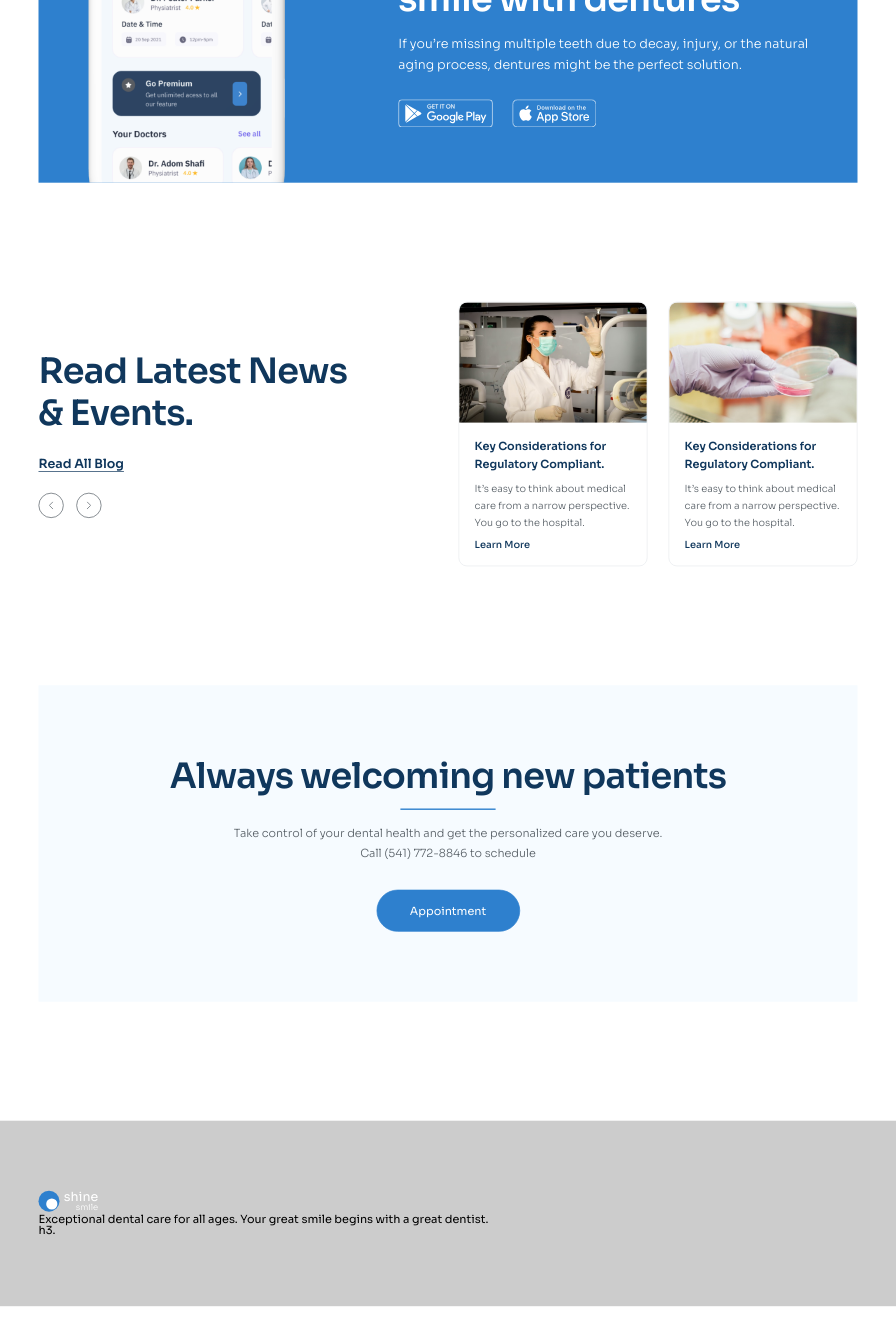
Repository: han2003dz/f8-project-03
Page: index.html
The author's editor kept a copy of each file at every save. The page is drawn from the files as they stood at one save, then again after a run of saves.
The browser window is 1280 px wide. The pictures show the part of the page from y = 4580 to 6500 px (the page is 8000 px tall), at 70% of full size.

Above is the page before, as saved 2023-05-09 00:07:50.

### index.html
<!DOCTYPE html>
<html lang="en">

<head>
    <meta charset="UTF-8">
    <meta http-equiv="X-UA-Compatible" content="IE=edge">
    <meta name="viewport" content="width=device-width, initial-scale=1.0">
    <title>Shine Smile</title>
    <!-- favicon -->
    <link rel="apple-touch-icon" sizes="57x57" href="./assets/favicon/apple-icon-57x57.png">
    <link rel="apple-touch-icon" sizes="60x60" href="./assets/favicon/apple-icon-60x60.png">
    <link rel="apple-touch-icon" sizes="72x72" href="./assets/favicon/apple-icon-72x72.png">
    <link rel="apple-touch-icon" sizes="76x76" href="./assets/favicon/apple-icon-76x76.png">
    <link rel="apple-touch-icon" sizes="114x114" href="./assets/favicon/apple-icon-114x114.png">
    <link rel="apple-touch-icon" sizes="120x120" href="./assets/favicon/apple-icon-120x120.png">
    <link rel="apple-touch-icon" sizes="144x144" href="./assets/favicon/apple-icon-144x144.png">
    <link rel="apple-touch-icon" sizes="152x152" href="./assets/favicon/apple-icon-152x152.png">
    <link rel="apple-touch-icon" sizes="180x180" href="./assets/favicon/apple-icon-180x180.png">
    <link rel="icon" type="image/png" sizes="192x192" href="./assets/favicon/android-icon-192x192.png">
    <link rel="icon" type="image/png" sizes="32x32" href="./assets/favicon/favicon-32x32.png">
    <link rel="icon" type="image/png" sizes="96x96" href="./assets/favicon/favicon-96x96.png">
    <link rel="icon" type="image/png" sizes="16x16" href="./assets/favicon/favicon-16x16.png">
    <link rel="manifest" href="./assets/favicon/manifest.json">
    <meta name="msapplication-TileColor" content="#ffffff">
    <meta name="msapplication-TileImage" content="./assets/favicon/ms-icon-144x144.png">
    <meta name="theme-color" content="#ffffff">
    <!-- embed font -->
    <link rel="preconnect" href="https://fonts.googleapis.com">
    <link rel="preconnect" href="https://fonts.gstatic.com" crossorigin>
    <link href="https://fonts.googleapis.com/css2?family=Sora:wght@300;400;500;600;700&display=swap" rel="stylesheet">
    <!-- my css -->
    <link rel="stylesheet" href="/assets/css/reset.css">
    <link rel="stylesheet" href="/assets/css/style.css">
</head>

<body style="height: 8000px;">
    <header class="header">
        <div class="container">
            <!-- nav -->
            <div class="navigation">
                <a href="#!">
                    <div class="logo">
                        <span class="logo__circle"></span>
                        <span class="logo__text">
                            <span class="logo__brand">shine</span>
                            <span class="logo__brand logo__brand--small">smile</span>
                        </span>
                    </div>
                </a>
                <nav class="navbar">
                    <ul class="nav__list">
                        <li class="nav__item">
                            <a href="#!" class="nav__link nav__link--active">Home</a>
                        </li>
                        <li class="nav__item">
                            <a href="#!" class="nav__link">Services</a>
                        </li>
                        <li class="nav__item">
                            <a href="#!" class="nav__link">About</a>
                        </li>
                        <li class="nav__item">
                            <a href="#!" class="nav__link">Doctors</a>
                        </li>
                    </ul>
                </nav>
                <!-- action -->
                <div class="header-action">
                    <a href="#!" class="header-action__login">Log In</a>
                    <button href="#!" class="header-action__sign-up btn">Sign Up</button>
                </div>
            </div>
            <!-- hero -->
            <section class="hero">
                <!-- hero content -->
                <div class="hero__content">
                    <h1 class="hero__heading">Exceptional dental care for all ages.</h1>
                    <p class="hero__desc">Exceptional dental care for all ages. Your great smile begins with a great
                        dentist.</p>
                    <div class="hero__row">
                        <a href="#!" class="btn hero__btn">Book Online</a>
                        <span class="hero__phone">or call (123) 456-7890</span>
                    </div>
                </div>
                <div class="hero__media">
                    <figure class="hero__images">
                        <img src="./assets/img/img1__hero.jpg" alt="" class="hero__img">
                        <img src="./assets/img/img2__hero.jpg" alt="" class="hero__img">
                    </figure>
                </div>

            </section>
        </div>
    </header>
    <main>
        <!-- service -->
        <div class="service">
            <div class="container">
                <h2 class="section-heading">Our services</h2>
                <p class="section-desc">Exceptional dental care for all ages. Your great smile begins with a great
                    dentist.</p>
                <div class="service__row">
                    <figure>
                        <img src="./assets/img/service-img3.jpg" alt="" class="service__img">
                    </figure>
                    <div>
                        <div class="service__list">
                            <!-- item 1 -->
                            <section class="service-item">
                                <div class="service-item__icon">
                                    <!-- icon -->
                                    <svg width="22" height="24" viewBox="0 0 22 24" fill="none"
                                        xmlns="http://www.w3.org/2000/svg">
                                        <path
                                            d="M20.3598 2.63964C17.9506 -0.556131 14.2772 -0.568132 11.2481 1.10682C11.001 1.24657 10.7219 1.31411 10.4406 1.30222C10.1592 1.29033 9.88633 1.19945 9.65105 1.03931C8.49552 0.245717 7.29036 -0.316477 5.13904 0.207462C0.623408 1.3071 0 4.90379 0 8.99816C0.0797353 12.1602 0.500857 15.3032 1.25551 18.3683C2.11836 22.0168 3.90382 24 5.43354 24C6.96326 24 7.00963 22.2204 7.00963 20.8016C7.00963 19.2009 7.39505 14.8009 10.8642 14.8009C13.5317 14.8009 14.3333 18.4013 14.3333 20.8016C14.3329 23.095 15.1722 24 16.6628 24C19.5267 24 20.9796 15.3938 21.3719 13.1237C21.7642 10.8535 22.9882 6.12569 20.3598 2.63964Z"
                                            fill="currentColor" />
                                    </svg>
                                </div>
                                <div class="service-item__body">
                                    <h3 class="service-item__heading">Oral Surgery</h3>
                                    <p class="service-item__desc">
                                        Everything you expect and then some. Cleanings, fillings, and x-rays.
                                    </p>
                                </div>
                            </section>
                            <!-- item 2 -->
                            <section class="service-item">
                                <div class="service-item__icon">
                                    <!-- icon -->
                                    <svg width="22" height="24" viewBox="0 0 22 24" fill="none"
                                        xmlns="http://www.w3.org/2000/svg">
                                        <path
                                            d="M20.3598 2.63964C17.9506 -0.556131 14.2772 -0.568132 11.2481 1.10682C11.001 1.24657 10.7219 1.31411 10.4406 1.30222C10.1592 1.29033 9.88633 1.19945 9.65105 1.03931C8.49552 0.245717 7.29036 -0.316477 5.13904 0.207462C0.623408 1.3071 0 4.90379 0 8.99816C0.0797353 12.1602 0.500857 15.3032 1.25551 18.3683C2.11836 22.0168 3.90382 24 5.43354 24C6.96326 24 7.00963 22.2204 7.00963 20.8016C7.00963 19.2009 7.39505 14.8009 10.8642 14.8009C13.5317 14.8009 14.3333 18.4013 14.3333 20.8016C14.3329 23.095 15.1722 24 16.6628 24C19.5267 24 20.9796 15.3938 21.3719 13.1237C21.7642 10.8535 22.9882 6.12569 20.3598 2.63964Z"
                                            fill="currentColor" />
                                    </svg>
                                </div>
                                <div class="service-item__body">
                                    <h3 class="service-item__heading">Wisdom Teeth Removal</h3>
                                    <p class="service-item__desc">
                                        Everything you expect and then some. Cleanings, fillings, and x-rays.
                                    </p>
                                </div>
                            </section>
                            <!-- item 3 -->
                            <section class="service-item">
                                <div class="service-item__icon">
                                    <!-- icon -->
                                    <svg width="22" height="24" viewBox="0 0 22 24" fill="none"
                                        xmlns="http://www.w3.org/2000/svg">
                                        <path
                                            d="M20.3598 2.63964C17.9506 -0.556131 14.2772 -0.568132 11.2481 1.10682C11.001 1.24657 10.7219 1.31411 10.4406 1.30222C10.1592 1.29033 9.88633 1.19945 9.65105 1.03931C8.49552 0.245717 7.29036 -0.316477 5.13904 0.207462C0.623408 1.3071 0 4.90379 0 8.99816C0.0797353 12.1602 0.500857 15.3032 1.25551 18.3683C2.11836 22.0168 3.90382 24 5.43354 24C6.96326 24 7.00963 22.2204 7.00963 20.8016C7.00963 19.2009 7.39505 14.8009 10.8642 14.8009C13.5317 14.8009 14.3333 18.4013 14.3333 20.8016C14.3329 23.095 15.1722 24 16.6628 24C19.5267 24 20.9796 15.3938 21.3719 13.1237C21.7642 10.8535 22.9882 6.12569 20.3598 2.63964Z"
                                            fill="currentColor" />
                                    </svg>
                                </div>
                                <div class="service-item__body">
                                    <h3 class="service-item__heading">Preventative Dentistry</h3>
                                    <p class="service-item__desc">
                                        Everything you expect and then some. Cleanings, fillings, and x-rays.
                                    </p>
                                </div>
                            </section>
                        </div>
                        <a href="" class="btn service__btn">All Services</a>
                    </div>
                </div>
            </div>
        </div>
        <section class="work">
            <div class="container">
                <h2 class="section-heading heading__work">How it works</h2>
                <p class="section-desc desc__work">Exceptional dental care for all ages. Your great smile begins with a
                    great dentist.
                </p>
                <div class="work__list">
                    <!-- item 1 -->
                    <section class="work-item">
                        <img src="./assets/icon/search.svg" alt="" class="work-item__icon">
                        <h3 class="work-item__heading">Search doctor</h3>
                        <p class="work-item__desc">Search a doctor by education, qualifications or experience-contact
                            for inquiry.
                        </p>
                        <a href="#!" class="learn-more">Learn More</a>
                    </section>
                    <!-- item 2 -->
                    <section class="work-item">
                        <img src="./assets/icon/search-user.svg" alt="" class="work-item__icon">
                        <h3 class="work-item__heading">Find best doctor</h3>
                        <p class="work-item__desc">Search a doctor by education, qualifications or experience-contact
                            for inquiry.
                        </p>
                        <a href="#!" class="learn-more">Learn More</a>
                    </section>
                    <!-- item 3 -->
                    <section class="work-item">
                        <img src="./assets/icon/bag.svg" alt="" class="work-item__icon">
                        <h3 class="work-item__heading">Get treatment</h3>
                        <p class="work-item__desc">Search a doctor by education, qualifications or experience-contact
                            for inquiry.
                        </p>
                        <a href="#!" class="learn-more">Learn More</a>
                    </section>
                </div>
            </div>
        </section>
        <!-- feature -->
        <section class="feature">
            <div class="container">
                <div class="feature-body">
                    <div class="feature__media">
                        <figure class="feature__images">
                            <img src="./assets/img/feature-img1.jpg" alt="" class="feature__img">
                            <img src="./assets/img/feature-img2.jpg" alt="" class="feature__img">
                        </figure>
                    </div>
                    <section class="feature__content">
                        <h2 class="section-heading">Take back your smile with shine.</h2>
                        <p class="section-desc">If you’re missing multiple teeth due to decay, injury, or the natural
                            aging
                            process, dentures might be the perfect solution.
                        </p>
                        <a href="#!" class="btn feature__cta">Learn More</a>
                    </section>
                </div>
            </div>
        </section>
        <section class="member">
            <div class="container">
                <header class="member__header">
                    <h2 class="section-heading member__heading">Our virtual dentist</h2>
                    <a href="#!" class="btn member__cta">Meet our dentist</a>
                </header>
                <div class="member__list">
                    <!-- item 1 -->
                    <article class="member-item">
                        <div class="member-item__img-bg">
                            <img src="./assets/img/dr1.png" alt="Dr. Essence Page" class="member__img">
                        </div>
                        <h3 class="member-item__name">Dr. Essence Page</h3>
                        <p class="member-item__desc">DDS, California - Linda University</p>
                    </article>
                    <!-- item 2 -->
                    <article class="member-item">
                        <div class="member-item__img-bg">
                            <img src="./assets/img/dr2.png" alt="Dr. Essence Page" class="member__img">
                        </div>
                        <h3 class="member-item__name">Dr. Essence Page</h3>
                        <p class="member-item__desc">DDS, California - Linda University</p>
                    </article>
                    <!-- item 3 -->
                    <article class="member-item">
                        <div class="member-item__img-bg">
                            <img src="./assets/img/dr3.png" alt="Dr. Essence Page" class="member__img">
                        </div>
                        <h3 class="member-item__name">Dr. Essence Page</h3>
                        <p class="member-item__desc">DDS, California - Linda University</p>
                    </article>
                    <!-- item 4 -->
                    <article class="member-item">
                        <div class="member-item__img-bg">
                            <img src="./assets/img/dr4.png" alt="Dr. Essence Page" class="member__img">
                        </div>
                        <h3 class="member-item__name">Dr. Essence Page</h3>
                        <p class="member-item__desc">DDS, California - Linda University</p>
                    </article>
                </div>
                <div class="control">
                    <!-- previous -->
                    <button class="control__btn">
                        <svg width="6" height="12" viewBox="0 0 6 12" fill="none" xmlns="http://www.w3.org/2000/svg">
                            <path d="M5.5 1L0.5 6L5.5 11" stroke="currentColor" stroke-linecap="round"
                                stroke-linejoin="round" />
                        </svg>
                    </button>
                    <!-- next -->
                    <button class="control__btn">
                        <svg class="control-next" width="6" height="12" viewBox="0 0 6 12" fill="none"
                            xmlns="http://www.w3.org/2000/svg">
                            <path d="M5.5 1L0.5 6L5.5 11" stroke="currentColor" stroke-linecap="round"
                                stroke-linejoin="round" />
                        </svg>
                    </button>
                </div>
            </div>
        </section>
        <!-- install -->
        <section class="install">
            <div class="container">
                <div class="install__inner">
                    <figure>
                        <img src="./assets/img/install-img.png" alt="" class="install__img">
                    </figure>
                    <div class="install__content">
                        <h2 class="install-heading section-heading">Take back your smile with dentures</h2>
                        <p class="install-desc section-desc">If you’re missing multiple teeth due to decay, injury, or
                            the natural aging process, dentures might be the perfect solution.
                        </p>
                        <div class="install__row">
                            <a href="#!">
                                <img src="./assets/icon/google-play.svg" alt="" class="install__icon">
                            </a>
                            <a href="#!">
                                <img src="./assets/icon/app-store.svg" alt="" class="install__icon">
                            </a>
                        </div>
                    </div>
                </div>
            </div>
        </section>
        <!-- new -->
        <section class="new">
            <div class="container">
                <div class="new__body">
                    <section class="new__content">
                        <h2 class="section-heading">
                            Read Latest News & Events.
                        </h2>
                        <a href="#!" class="new__more">Read All Blog</a>
                        <div class="control">
                            <!-- previous -->
                            <button class="control__btn">
                                <svg width="6" height="12" viewBox="0 0 6 12" fill="none"
                                    xmlns="http://www.w3.org/2000/svg">
                                    <path d="M5.5 1L0.5 6L5.5 11" stroke="currentColor" stroke-linecap="round"
                                        stroke-linejoin="round" />
                                </svg>
                            </button>
                            <!-- next -->
                            <button class="control__btn">
                                <svg class="control-next" width="6" height="12" viewBox="0 0 6 12" fill="none"
                                    xmlns="http://www.w3.org/2000/svg">
                                    <path d="M5.5 1L0.5 6L5.5 11" stroke="currentColor" stroke-linecap="round"
                                        stroke-linejoin="round" />
                                </svg>
                            </button>
                        </div>
                    </section>
                    <div class="new__list">
                        <article class="new-item">
                            <figure>
                                <img src="./assets/img/new-img1.jpg" alt="" class="new-item__img">
                            </figure>
                            <section class="new-item__body">
                                <h4 class="new__item-heading">Key Considerations for Regulatory Compliant.</h4>
                                <p class="new__item-desc">It’s easy to think about medical care from a narrow
                                    perspective. You go to the hospital.</p>
                                <a href="#!" class="new__learn-more">Learn More</a>
                            </section>
                        </article>
                        <article class="new-item">
                            <figure>
                                <img src="./assets/img/new-img2.jpg" alt="" class="new-item__img">
                            </figure>
                            <section class="new-item__body">
                                <h4 class="new__item-heading">Key Considerations for Regulatory Compliant.</h4>
                                <p class="new__item-desc">It’s easy to think about medical care from a narrow
                                    perspective. You go to the hospital.</p>
                                <a href="#!" class="new__learn-more">Learn More</a>
                            </section>
                        </article>
                    </div>
                </div>
            </div>
        </section>
        <!-- appointment -->
        <section class="appointment">
            <div class="container">
                <div class="appointment__inner">
                    <h2 class="appointment-heading section-heading">
                        Always welcoming new patients
                    </h2>
                    <p class="appointment-desc section-desc">Take control of your dental health and get the personalized
                        care you
                        deserve. Call (541) 772-8846 to schedule
                    </p>
                    <a href="#!" class="appointment-btn btn">Appointment</a>
                </div>
            </div>
        </section>
    </main>
    <!-- footer -->
    <footer class="footer">
        <div class="container">
            <div class="footer__row">
                <div class="footer__col">
                    <a href="#!">
                        <div class="logo">
                            <span class="logo__circle"></span>
                            <span class="logo__text">
                                <span class="logo__brand">shine</span>
                                <span class="logo__brand logo__brand--small">smile</span>
                            </span>
                        </div>
                    </a>
                    <p class="footer__desc">Exceptional dental care for all ages. Your great smile begins with a great
                        dentist.
                    </p>
                </div>
                <div class="footer__col">h3.</div>
                <div class="footer__col"></div>
                <div class="footer__col"></div>
            </div>
        </div>
    </footer>
    <script src="./assets/app.js"></script>
</body>

</html>

Loaded but not shown: assets/css/reset.css (common file); assets/app.js (7 lines, source omitted); assets/css/style.css (639 lines, source omitted)

After the next 2 saves:
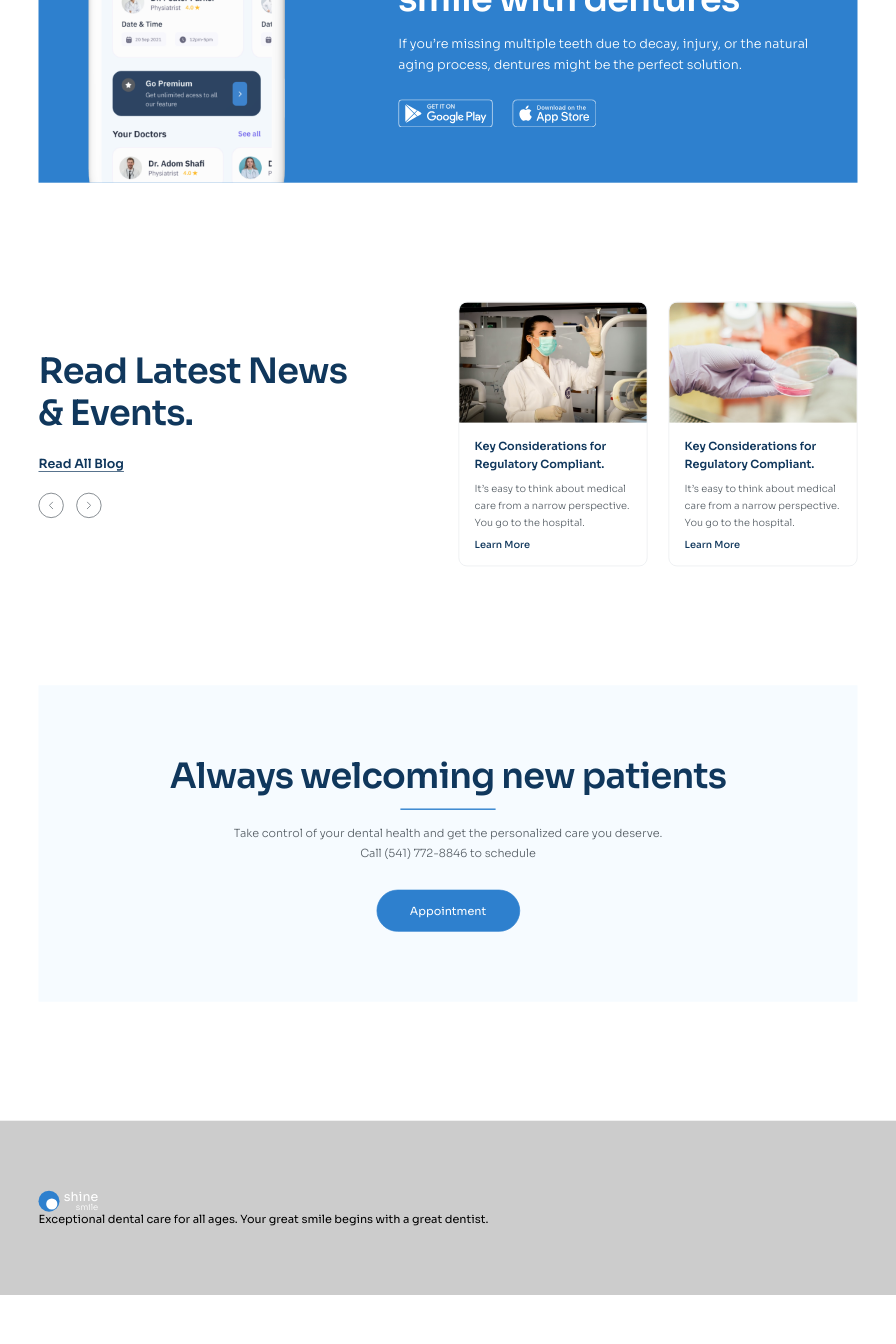
The 2 saves are shown as one change because they came seconds apart.
The last was saved 7 s later.
--- a/index.html
+++ b/index.html
@@ -394,7 +394,7 @@
                         dentist.
                     </p>
                 </div>
-                <div class="footer__col">h3.</div>
+                <div class="footer__col"><h3 class="footer__heading"></h3></div>
                 <div class="footer__col"></div>
                 <div class="footer__col"></div>
             </div>
